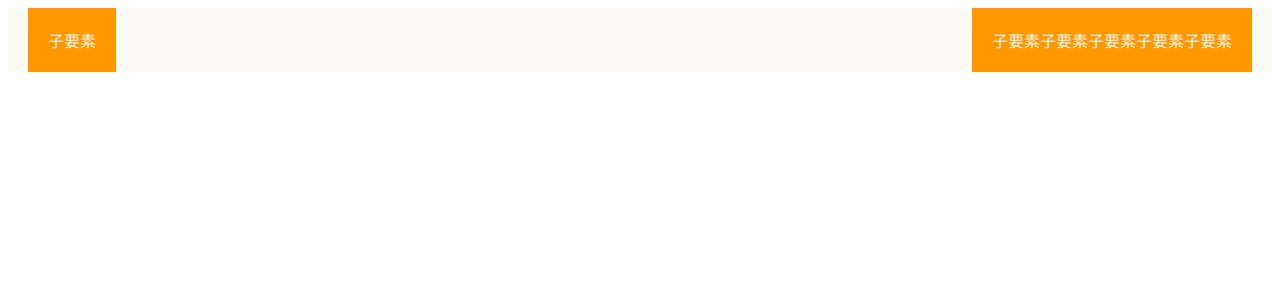
Repository: kyomufire/Potepan_kadai1
Page: Potepan Lessons/index4.html
The author's editor kept a record of every edit. The page is drawn from the files as they stood at one moment, then again after the next edit.
The browser window is 1280 px wide. The pictures show the whole page.

Above is the page before.

### Potepan Lessons/index4.html
<!DOCTYPE html>
<html>
  <head>
    <meta charset = "UTF-8">
    <title>タイトル</title>
    <link rel="stylesheet" href="test4.css">
  </head>

  <body>
    <div class="Flexbox">
      <div class="ContentLeft">子要素</div>
      <div class="ContentRight">
        <div>子要素</div>
        <div>子要素</div>
        <div>子要素</div>
        <div>子要素</div>
        <div>子要素</div>
      </div>
    </div>
  </body>
</html>

### Potepan Lessons/test4.css
.Flexbox {
  display: flex;
  background-color: #fcfaf5;
  padding: 0px 20px;
  color: #fff;
  justify-content: space-between;
}

.ContentLeft {
  padding: 20px;
  background-color: #ff9800;
}

.ContentRight {
  color: #fff;
  display: flex;
  padding: 20px;
  background-color: #ff9800;
  justify-content: space-between;
}

After the next edit:
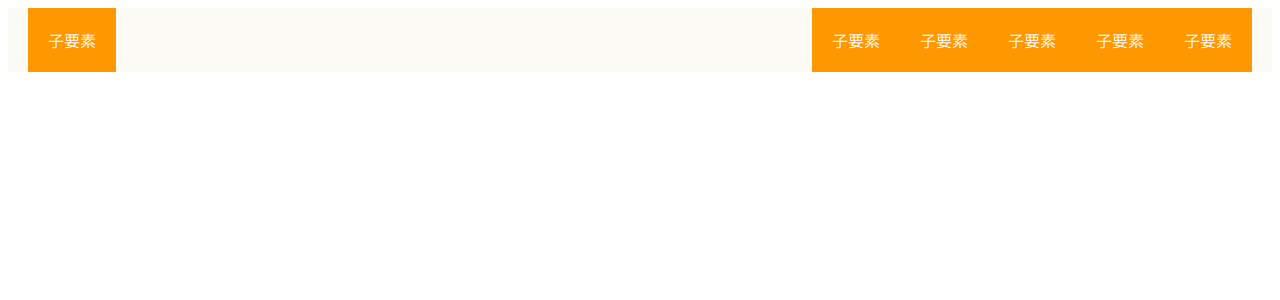
The edit:
--- a/Potepan Lessons/test4.css
+++ b/Potepan Lessons/test4.css
@@ -14,7 +14,10 @@
 .ContentRight {
   color: #fff;
   display: flex;
+  justify-content: space-between;
+}
+
+.ContentRight >div {
   padding: 20px;
   background-color: #ff9800;
-  justify-content: space-between;
 }
